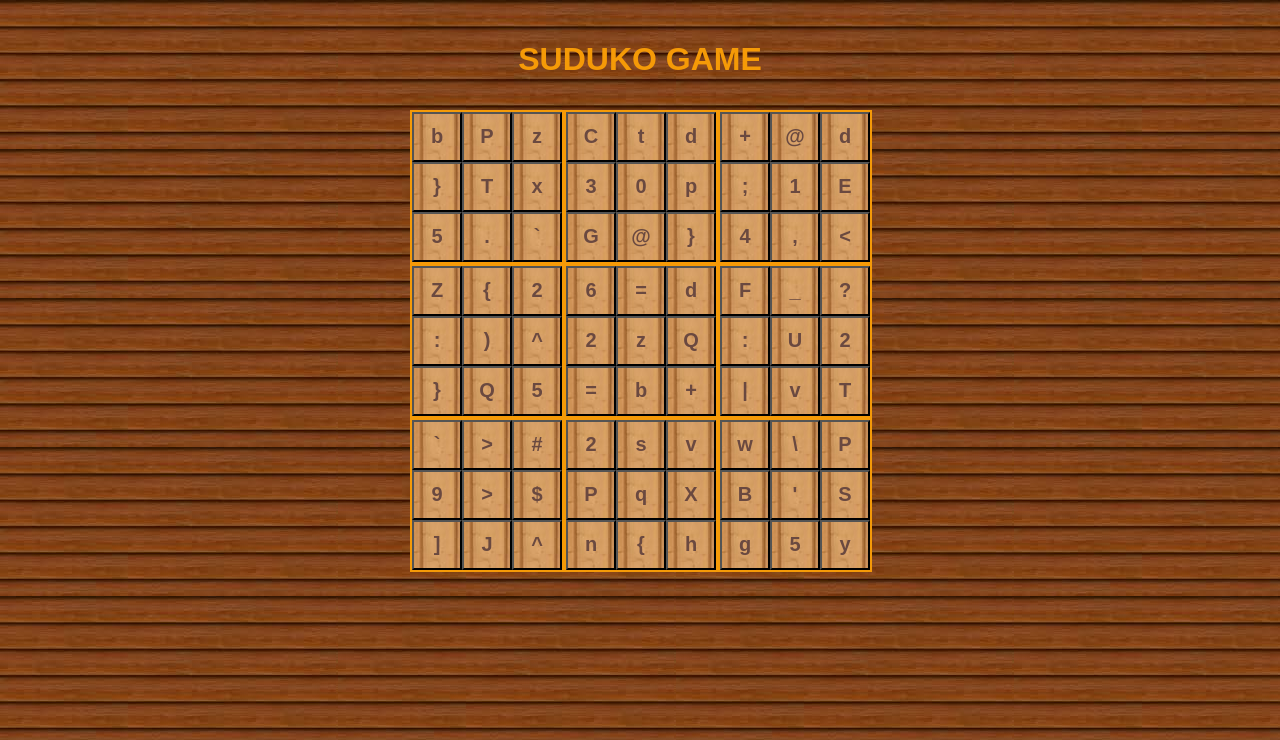
Repository: ahmad8969/Suduko-Game-React-App
Page: /
These files come from the project's save history. The page is drawn as it stood at one moment and after the next save; the edit follows.
The browser window is 1280 px wide. The pictures show the whole page.
Some web fonts or font styles are not loaded; a fallback is used. The project was rebuilt for these pictures with package versions that can differ from the ones it lists, and the page was loaded fresh each time.

Above is the page before, as saved 2021-02-26 08:14:03.

### src/index.js
import React from 'react';
import ReactDOM from 'react-dom';
import './index.css';
import Board from './board';
import reportWebVitals from './reportWebVitals';

ReactDOM.render(
  <React.StrictMode>
    <Board />
  </React.StrictMode>,
  document.getElementById('root')
);

// If you want to start measuring performance in your app, pass a function
// to log results (for example: reportWebVitals(console.log))
// or send to an analytics endpoint. Learn more: https://bit.ly/CRA-vitals
reportWebVitals();

### src/board.js
import React, {useState} from 'react';
import './App.css';
import Block from './components/block'
import NineBlock from './components/nineBlockComponent';


function Board () {
  const nine_block_Element_into_Nine = [1,2,3,4,5,6,7,8,9];
  let getting_state = '';
  let [number, setNumber]= useState(getting_state);
  const check = function(){
    var pro = prompt("Enter", "Please");
    setNumber(pro);
    console.log(getting_state);

  }
  return (

    <div className="App">
    <h1>SUDUKO GAME </h1>
    <div className="board_nine_block_Style">
    {nine_block_Element_into_Nine.map(()=>{
      return(
      <div>
      <NineBlock>
      {nine_block_Element_into_Nine.map(()=>{
        let random = Math.floor(Math.random() * (33 - 126)) + 126;
        const character = String.fromCharCode(random);
        getting_state = character;
      return(
        <div>
          <Block click={check} number={character}></Block>
          </div>
      )
      })
      }
      </NineBlock>
      </div>
      )
    })
    }
    </div>

    </div>
  );
}

export default Board;

### src/App.css
@import url('http://fonts.cdnfonts.com/css/game');
.App {
  text-align: center;
  background-image: url('images/download.jpg');
  color:rgb(245, 154, 7);
  padding-top:20px;
  font-family: 'GAME', sans-serif;
  /* display: flex; */
   height: 100vh !important;
  /* width: 490px !important; */
  margin: 0 auto;

}

.board_nine_block_Style{
  height: 460px !important;
  width: 460px !important;
  /* border:2px solid black !important; */
  padding: 10px;
  margin: 0 auto !important;
  display: grid;
  grid-column-gap: 0px !important;
  grid-row-gap: 0px !important;
  grid-template-columns:repeat(3,1fr)!important;
}
.heading{
  color: white;
  text-align:center;
  padding-top:50px!important;
  /* margin-top: 10px!important; */
  font-size: 30px;

}


/* @keyframes App-logo-spin {
  from {
    transform: rotate(0deg);
  }
  to {
    transform: rotate(360deg);
  }
} */

### src/components/block.js
import React, {useState} from 'react';
import './block.css'

const Block = (props) =>{

    let[value, setValue]= useState(props.number);

    // const changeState = () =>{
    //     let getting_new_value = prompt('enter New Value:', 'enter digit' );
    //     if(getting_new_value <=10){
    //         setValue(getting_new_value);
    //     }else{
    //         alert('enter digits 0-9 please'  +  getting_new_value  +  'is invalid number')
    //     }


    // }
    const changeState = () =>{

        // stateValue.style.display ='none';
        var input1=  document.createElement('INPUT');
        input1.setAttribute("type", "text");
        // input1.setAttribute("value", );
        input1.style.height= '60px';
        input1.style.width= '60px';
        input1.style.position="relative";

        input1.style.zIndex="1"
        input1.backgroundColor='pink !important';
        // input1.style.backgroundImage= 'url(../images/wood.jpg)';
        input1.style.fontSize= '20px';
        input1.style.fontWeight='600'
        input1.style.color='black'
        let stateValue = document.getElementById('valueOfState').appendChild(input1);

        let num = stateValue
        console.log(num)
        // setValue(num);



    }





    return (
        <div className="button_block">
            {/* <button onClick={changeState}>{value} </button> */}
            <button onClick={props.click}> <span id="valueOfState">{props.number}</span> </button>
        </div>
    )
}

export default Block;

### src/components/nineBlockComponent.js
import React from 'react';
import Block from './block'
import './block.css'

const NineBlockBox = (props) =>{
    const single_block_Into_Nine = [1,2,3,4,5,6,7,8,9];


    let check_Function = () =>{
        alert('working');
    }



     const changeState = () =>{

        // stateValue.style.display ='none';
        var input1=  document.createElement('INPUT');
        input1.setAttribute("type", "text");
        // input1.setAttribute("value", );
        input1.style.height= '60px';
        input1.style.width= '60px';
        input1.style.position="relative";

        input1.style.zIndex="1"
        input1.backgroundColor='pink !important';
        // input1.style.backgroundImage= 'url(../images/wood.jpg)';
        input1.style.fontSize= '20px';
        input1.style.fontWeight='600'
        input1.style.color='black'
        let stateValue = document.getElementById('valueOfState').appendChild(input1);

        let num = stateValue
        console.log(num)
        // setValue(num);



    }
    return (
        <div className="nine_block_Style">
        {props.children}
        </div>
    )
}
export default NineBlockBox;

### src/components/block.css
.button_block button{
    height: 50px !important;
    width: 50px !important;
    background-image: url('../images/wood.jpg');
    /* background-color: aquamarine !important; */
    margin: 0!important;
    font-size: 20px!important;
    font-weight:600;
    /* color:rgb(109,84,62); */
    color: #6a4940;
}
.nine_block_Style{
    height: 150px !important;
    width: 150px !important;
    border:2px solid rgb(245, 154, 7) !important;
    display: grid;
    margin: 0!important;
    grid-template-columns:repeat(3,1fr)!important;
    grid-column-gap: 0px !important;
    grid-row-gap: 0px !important;
}

Loaded but not shown: public/index.html (common file); src/index.css (common file); src/reportWebVitals.js (common file)

After the next save:
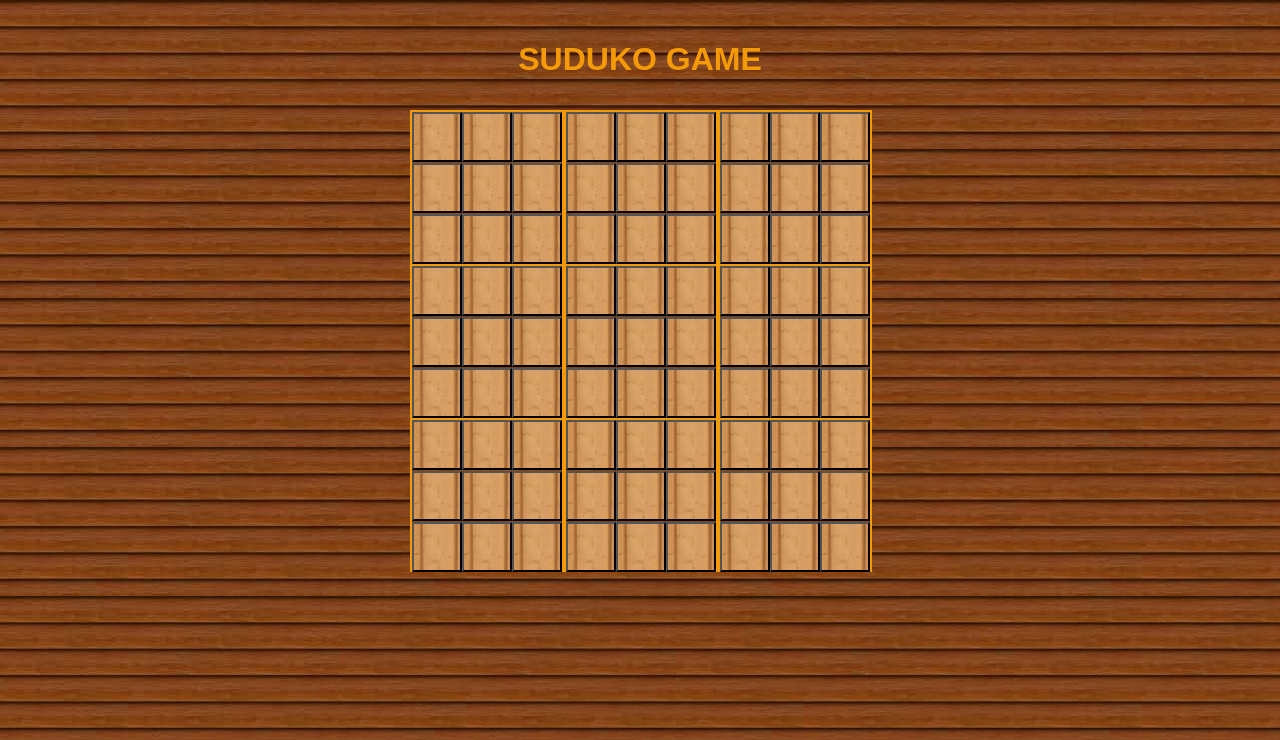
Saved 5 min 28 s later.
--- a/src/board.js
+++ b/src/board.js
@@ -29,7 +29,7 @@ function Board () {
         getting_state = character;
       return(
         <div>
-          <Block click={check} number={character}></Block>
+          <Block click={check} number={number}></Block>
           </div>
       )
       })
